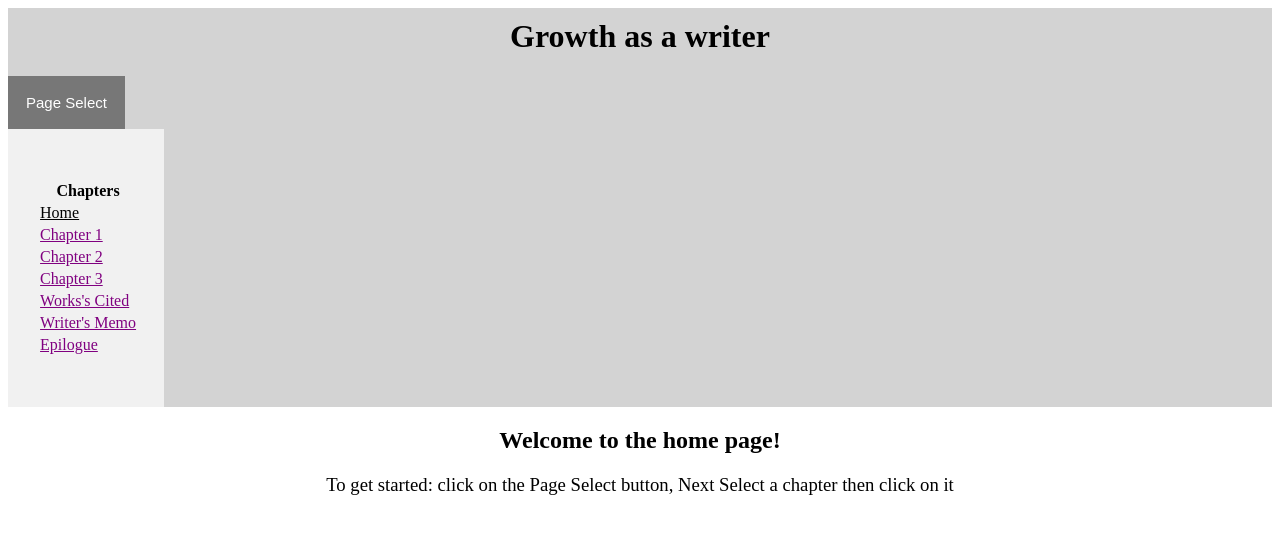
Repository: jpaisiem/WP-4
Page: index.html
An editor plug-in stored every save of this project. The page is shown before and after a run of saves, followed by the edit.
The browser window is 1280 px wide. The pictures show the whole page.

Above is the page before, as saved 2025-05-01 12:57:56.
Console error: TypeError: Cannot read properties of undefined (reading 'toggle')

After the next 4 saves:
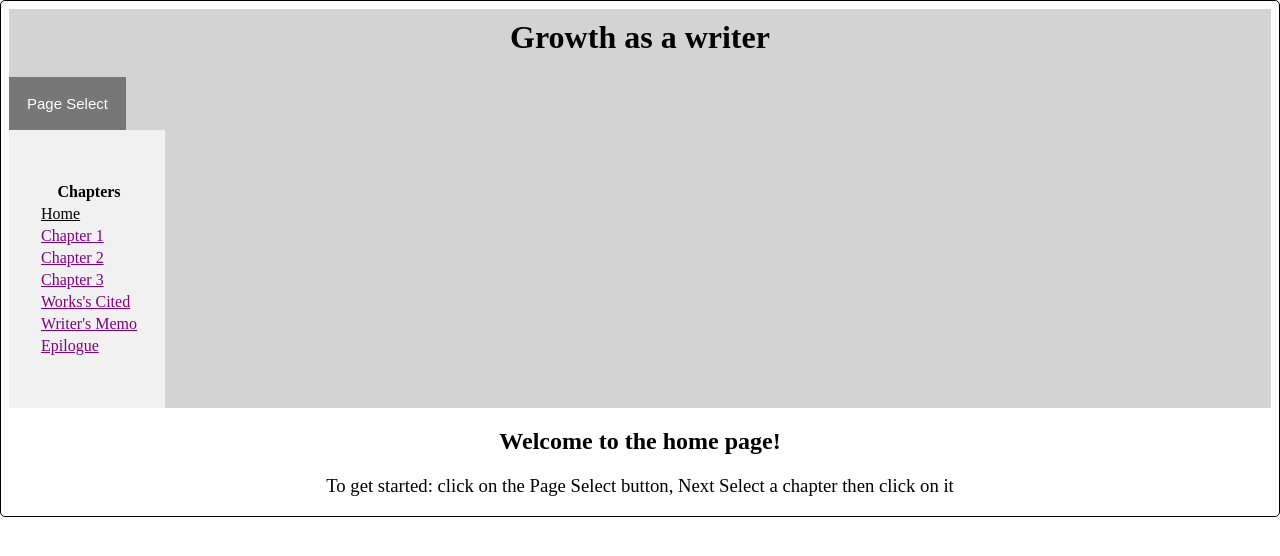
The 4 saves are shown as one change because they came seconds apart.
The last was saved 12 s later.
--- a/index.html
+++ b/index.html
@@ -38,6 +38,9 @@ p
 html
 {
  border: 1px;
+ border-style: solid;
+ border-color: black;
+ border-radius: 5px;
 }
 </style>
 <title>Growth as a writer - Home</title>
